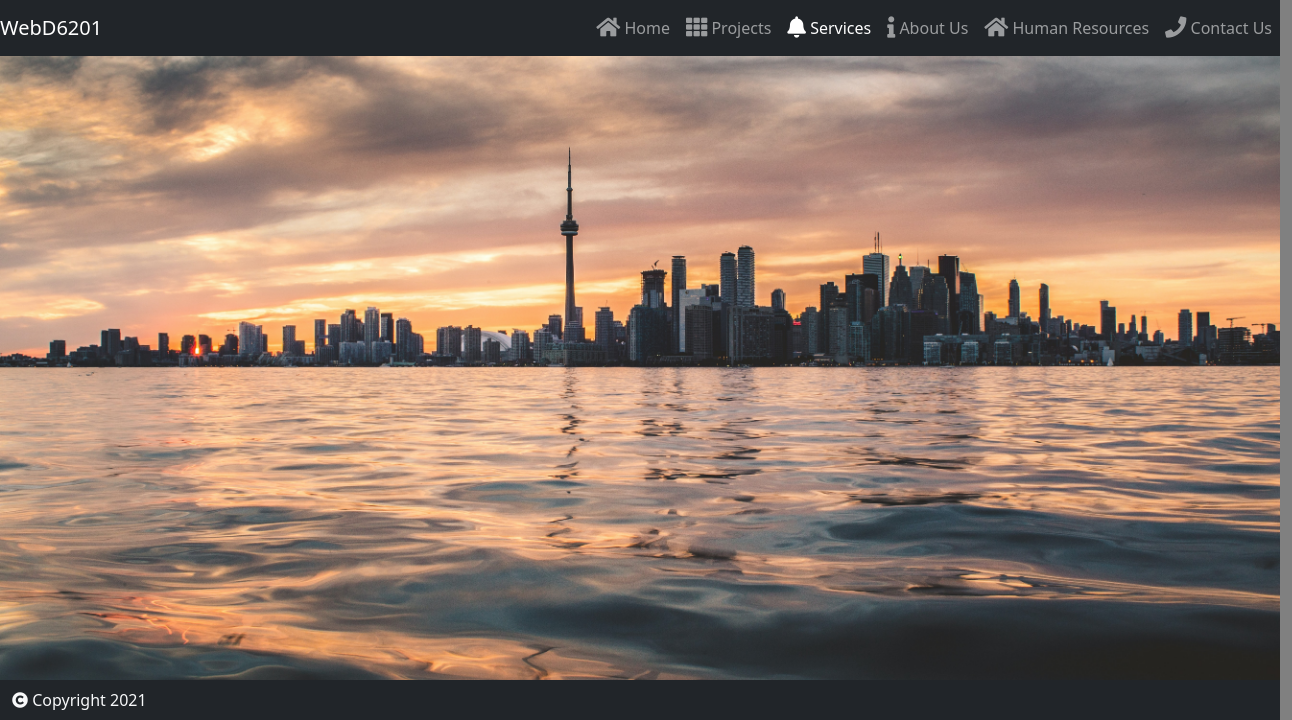
Repository: Tomelinski/Webd6201-Lab02
Page: services.html
An editor plug-in stored every save of this project. The page is shown before and after the next save, followed by the edit.
The browser window is 1280 px wide. The page is 1292 px wide, so the pictures cover 1292 px, including what lies to the right of the window. The pictures show the whole page.
Backgrounds fixed to the window are drawn as part of the page.

Above is the page before, as saved 2021-02-05 21:04:55.

After the next save:
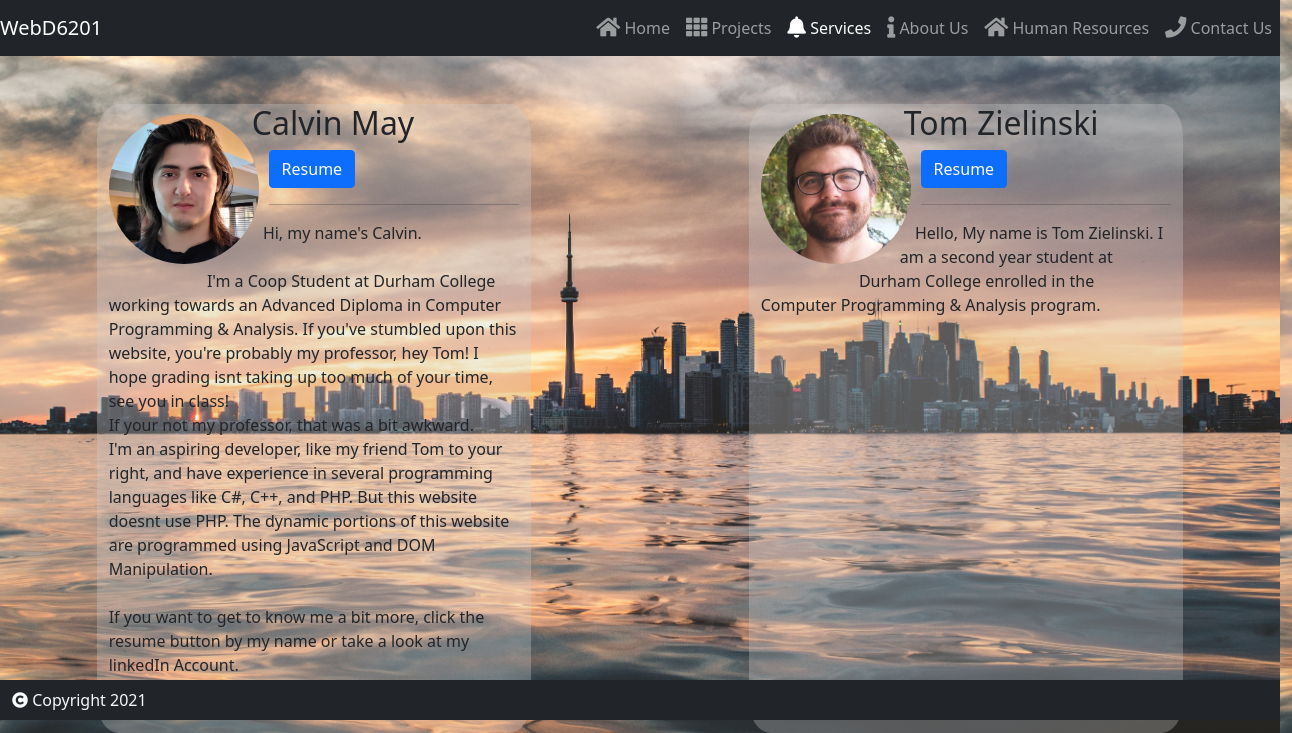
Saved 17 s later.
--- a/Scripts/app.js
+++ b/Scripts/app.js
@@ -151,6 +151,78 @@
 
     /** displayServicesPage() - Loads the Content for services.html */
     function displayServicesPage() {
+        // About Tom Content
+        //-Create Elements for About Tom
+        let aboutTomDiv = document.getElementById("about-tom");
+        let tomHeading = document.createElement("h2");
+        let pic = document.createElement("img");
+        let aboutTom = document.createElement("p");
+        let tomResume = document.createElement("a");
+
+        // Set the Attributes, html, and Content for Toms Elements
+        //-Name Heading
+        tomHeading.textContent = "Tom Zielinski";
+        //-Portrait
+        pic.setAttribute("src", "../Pictures/Tom.jpeg");
+        pic.setAttribute("class", "headshot-portrait");
+        pic.setAttribute("alt", "Headshot of Tom");
+        //-Resume
+        tomResume.setAttribute("href", "../files/resumes/Tom_Resume.pdf");
+        tomResume.setAttribute("download", "");
+        tomResume.setAttribute("class", "btn btn-primary");
+        tomResume.textContent = "Resume";
+        //-About Info
+        aboutTom.innerHTML = `<hr/><p>Hello, My name is Tom Zielinski. I am a second year student at Durham College enrolled in the Computer Programming & Analysis program.</p>`;
+
+        // Insert the Elements within the about-tom div
+        aboutTomDiv.appendChild(pic);
+        aboutTomDiv.appendChild(tomHeading);
+        aboutTomDiv.appendChild(tomResume);
+        aboutTomDiv.appendChild(aboutTom);
+
+        // About Calvin Content
+        //-Create Elements for About Calvin
+        let aboutCalvinDiv = document.getElementById("about-calvin");
+        let calvinHeading = document.createElement("h2");
+        let calvinPortrait = document.createElement("img");
+        let aboutCalvin = document.createElement("p");
+        let calvinResume = document.createElement("a");
+
+        // Set the Attributes, html, and Content for Toms Elements
+        //-Name Heading
+        calvinHeading.textContent = "Calvin May";
+        //-Portrait
+        calvinPortrait.setAttribute("src", "../Pictures/Calvin.jpg");
+        calvinPortrait.setAttribute("class", "headshot-portrait");
+        calvinPortrait.setAttribute("alt", "Headshot of Tom");
+        //-Resume
+        calvinResume.setAttribute("href", "../files/resumes/Calvin_Resume.pdf");
+        calvinResume.setAttribute("download", "");
+        calvinResume.setAttribute("class", "btn btn-primary");
+        calvinResume.textContent = "Resume";
+        //-About Info
+        aboutCalvin.innerHTML = `<hr/>
+        <p>Hi, my name's Calvin. <br/><br/>
+        I'm a Coop Student at Durham College working towards an Advanced Diploma in
+        Computer Programming & Analysis. If you've stumbled upon this website, you're
+        probably my professor, hey Tom! I hope grading isnt taking up too much of your
+        time, see you in class! <br/>
+        If your not my professor, that was a bit awkward. <br/>
+        I'm an aspiring developer, like my friend Tom to your right, and have experience
+        in several programming languages like C#, C++, and PHP. But this website doesnt
+        use PHP. The dynamic portions of this website are programmed using JavaScript
+        and DOM Manipulation.
+        <br/> <br/>
+        If you want to get to know me a bit more, click the resume button by my name or
+        take a look at my linkedIn Account. <br/>
+        <a class="nav-link" href="https://www.linkedin.com/in/calvin-may-384798200/">My LinkedIn</a>
+        </p>`;
+
+        // Insert the Elements within the about-tom div
+        aboutCalvinDiv.appendChild(calvinPortrait);
+        aboutCalvinDiv.appendChild(calvinHeading);
+        aboutCalvinDiv.appendChild(calvinResume);
+        aboutCalvinDiv.appendChild(aboutCalvin);
 
 
     }
